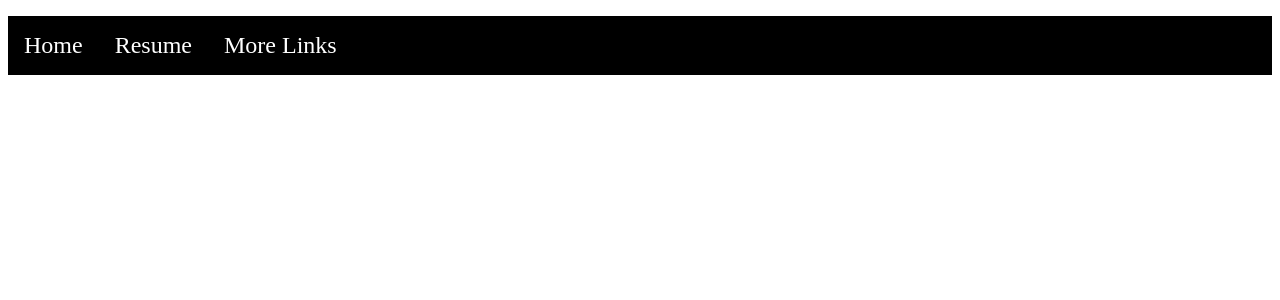
Repository: Luis6969/Luis6969.github.io
Page: resume.html
The author's editor kept a record of every edit. The page is drawn from the files as they stood at one moment, then again after the next edit.
The browser window is 1280 px wide. The pictures show the whole page.

Above is the page before.

### resume.html
<!DOCTYPE html>
<html>
  <head>
  <title>Home</title>
  <style>

    .navbar{
      list-style: none;
      background-color: black;
      overflow: hidden;
      padding: 0;
    }

    .navbar a, .dropdown div{
      text-decoration: none;
      color: white;
      font-size: 24px;
      padding: 16px;
      display: inline-block;
    }
    .navbar li{
      float: left;
    }

    .navbar li:hover{
      background-color: #17158a
    }

    .dropdown-content{
      list-style: none;
      padding: 0;
      display: none;
    }

    .dropdown-content li{
      float:none;
    }

    .dropdown:hover .dropdown-content{
      display: block;
    }

  </style>

  </head>
  <body>
    <ul class="navbar">
      <li><a href="/html">Home</a></li>
      <li><a href="resume">Resume</a></li>
      <li class = "dropdown">
        <div>More Links</div>
        <ul class="dropdown-content">
          <li><a href="#">Project 1</a></li>
          <li><a href="#">Project 2</a></li>
          <li><a href="#">Project 3</a></li>
        </ul>
      </li>

    </ul>


  </body>
</html>

After the next edit:
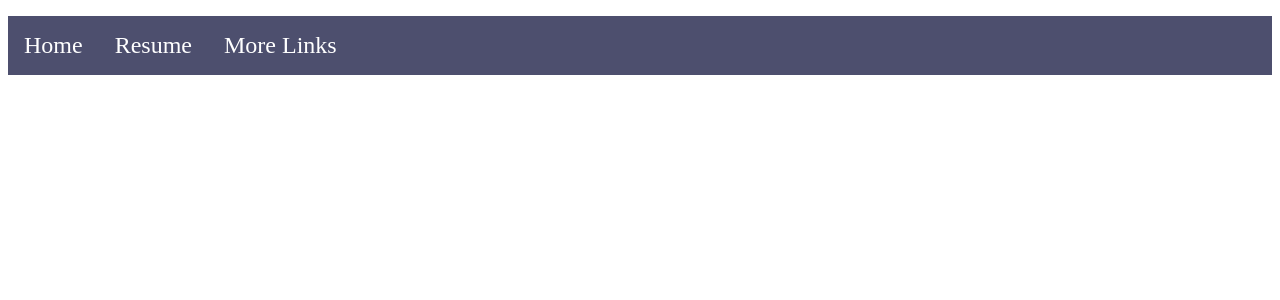
The edit:
--- a/resume.html
+++ b/resume.html
@@ -6,7 +6,7 @@
 
     .navbar{
       list-style: none;
-      background-color: black;
+      background-color: #4d4f6e;
       overflow: hidden;
       padding: 0;
     }
